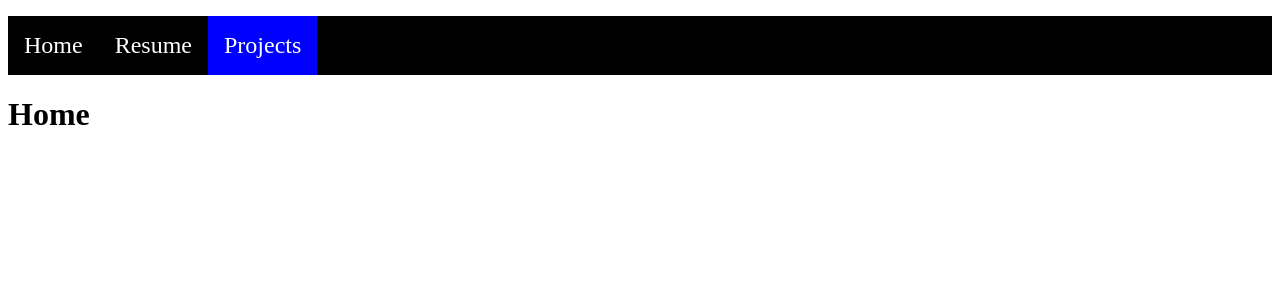
Repository: ChristianCain/ChristianCain.github.io
Page: html/project.html
The author's editor kept a record of every edit. The page is drawn from the files as they stood at one moment, then again after the next edit.
The browser window is 1280 px wide. The pictures show the whole page.

Above is the page before.

### html/project.html
<!DOCTYPE html>
<html>
    <head>

        <title>Home</title>

        <link rel="stylesheet" type="text/css" href="style.css">

    </head>
    <body>
        <ul class="navbar">
            <li><a href="./">Home</a></li>
            <li><a href="resume.html">Resume</a></li>
            <li class = "dropdown"</li>
                <div class="active">Projects</div>
                <ul class="dropdown-content">
                    <li><a href="#">Project 1</a></li>
                    <li><a href="#">Project 2</a></li>
                    <li><a href="#">Project 3</a></li>

                </ul>


        </ul>

        <h1>Home</h1>


    </body>
</html>

### html/style.css



            .navbar{
            list-style: none;
            background-color: black;
            overflow: hidden;
            padding: 0;
            }


            .navbar a, .dropdown div{
                text-decoration: none;
                color: white;
                font-size: 24px;
                padding: 16px;
                display: inline-block;

            }
            .navbar li{
                float: left;
            }

            .navbar li:hover{
                background-color:pink;
            }

            .dropdown-content{
                list-style: none;
                padding: 0;
                display: none;
                position: absolute;
                z-index: 1;
                background-color: black;

            }

            .dropdown-content li{
                float: none;
            }

            .dropdown:hover .dropdown-content{
                display: block;
            }

            .active{
                background-color: blue;
            }

After the next edit:
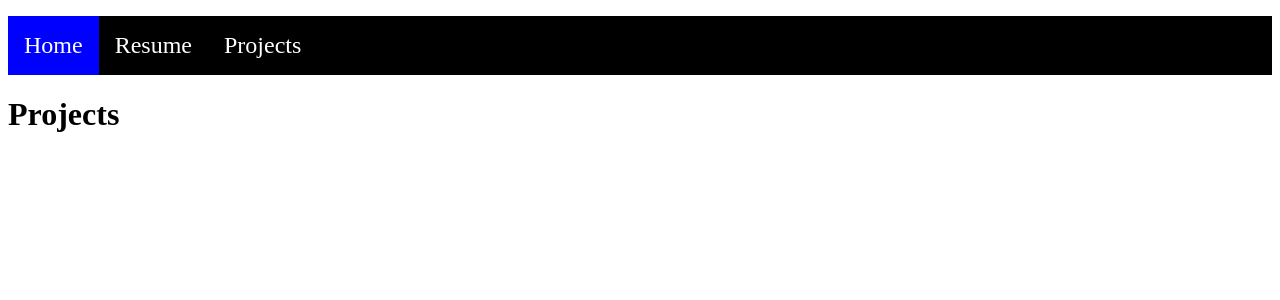
The edit:
--- a/html/project.html
+++ b/html/project.html
@@ -9,10 +9,10 @@
     </head>
     <body>
         <ul class="navbar">
-            <li><a href="./">Home</a></li>
+            <li class="active"><a href="./">Home</a></li>
             <li><a href="resume.html">Resume</a></li>
             <li class = "dropdown"</li>
-                <div class="active">Projects</div>
+                <div>Projects</div>
                 <ul class="dropdown-content">
                     <li><a href="#">Project 1</a></li>
                     <li><a href="#">Project 2</a></li>
@@ -23,7 +23,7 @@
 
         </ul>
 
-        <h1>Home</h1>
+        <h1>Projects</h1>
 
 
     </body>
